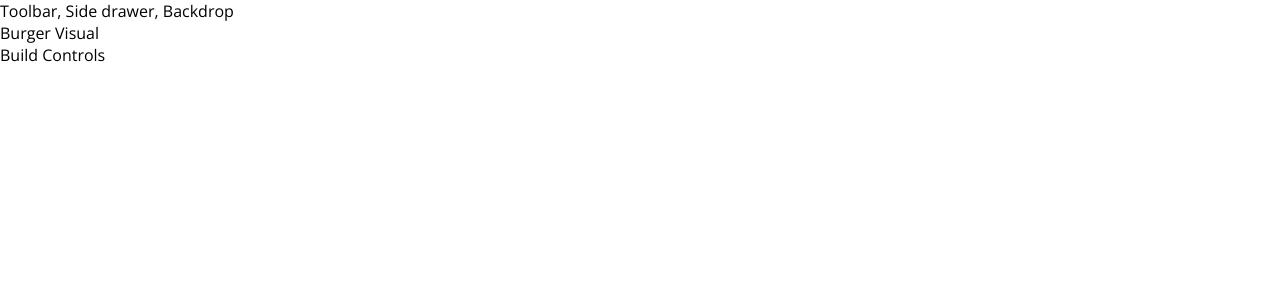
Repository: AidanHak/burger-builder
Page: /
These files come from the project's save history. The page is drawn as it stood at one moment and after the next save; the edit follows.
The browser window is 1280 px wide. The pictures show the whole page.
The project was rebuilt for these pictures with package versions that can differ from the ones it lists, and the page was loaded fresh each time. Also part of the build but not shown: src/components/Layout/Layout.css.

Above is the page before, as saved 2021-03-10 13:44:37.

### public/index.html
<!DOCTYPE html>
<html lang="en">
  <head>
    <meta charset="utf-8" />
    <link rel="icon" href="%PUBLIC_URL%/favicon.ico" />
    <meta name="viewport" content="width=device-width, initial-scale=1" />
    <meta name="theme-color" content="#000000" />
    <meta
      name="description"
      content="Web site created using create-react-app"
    />
    <link rel="apple-touch-icon" href="%PUBLIC_URL%/logo192.png" />
    <!--
      manifest.json provides metadata used when your web app is installed on a
      user's mobile device or desktop. See https://developers.google.com/web/fundamentals/web-app-manifest/
    -->
    <link rel="manifest" href="%PUBLIC_URL%/manifest.json" />
    <!--
      Notice the use of %PUBLIC_URL% in the tags above.
      It will be replaced with the URL of the `public` folder during the build.
      Only files inside the `public` folder can be referenced from the HTML.

      Unlike "/favicon.ico" or "favicon.ico", "%PUBLIC_URL%/favicon.ico" will
      work correctly both with client-side routing and a non-root public URL.
      Learn how to configure a non-root public URL by running `npm run build`.
    -->
	<link rel="preconnect" href="https://fonts.gstatic.com">
	<link href="https://fonts.googleapis.com/css2?family=Open+Sans:wght@400;700&display=swap" rel="stylesheet">
    <title>Burger Builder</title>
  </head>
  <body>
    <noscript>You need to enable JavaScript to run this app.</noscript>
    <div id="root"></div>
    <!--
      This HTML file is a template.
      If you open it directly in the browser, you will see an empty page.

      You can add webfonts, meta tags, or analytics to this file.
      The build step will place the bundled scripts into the <body> tag.

      To begin the development, run `npm start` or `yarn start`.
      To create a production bundle, use `npm run build` or `yarn build`.
    -->
  </body>
</html>

### src/index.css
body {
  margin: 0;
  font-family: "Open Sans", -apple-system, BlinkMacSystemFont, 'Segoe UI', 'Roboto', 'Oxygen',
    'Ubuntu', 'Cantarell', 'Fira Sans', 'Droid Sans', 'Helvetica Neue',
    sans-serif;
  -webkit-font-smoothing: antialiased;
  -moz-osx-font-smoothing: grayscale;
}

code {
  font-family: source-code-pro, Menlo, Monaco, Consolas, 'Courier New',
    monospace;
}

### src/App.js
import React, { Component } from 'react';
import Layout from './components/Layout/Layout';
import BurgerBuilder from './containers/BurgerBuilder/BurgerBuilder';

class App extends Component {
	render() {
		return (
			<div>
				<Layout>
					<BurgerBuilder />
				</Layout>
			</div>
		);
	}
}

export default App;

### src/components/Layout/Layout.js
import React from 'react';
import Auxilliary from '../../hoc/Auxilliary';
import classes from './Layout.css';

const layout = (props) => (
	<Auxilliary>
		<div>Toolbar, Side drawer, Backdrop</div>
		<main className={classes.Content}>
			{
				props.children
			}
		</main>
	</Auxilliary>
);

export default layout;

### src/containers/BurgerBuilder/BurgerBuilder.js
import React, { Component } from 'react';
import Auxilliary from '../../hoc/Auxilliary';

class BurgerBuilder extends Component {
	render() {
		return (
			<Auxilliary>
				<div>Burger Visual</div>
				<div>Build Controls</div>
			</Auxilliary>
		);
	}
}

export default BurgerBuilder;

### src/hoc/Auxilliary.js
const auxilliary = (props) => props.children;

export default auxilliary;

### src/components/Layout/Layout.module.css
.Content {
	margin-top:16px;
}

Loaded but not shown: src/index.js (common file); src/reportWebVitals.js (common file)

After the next save:
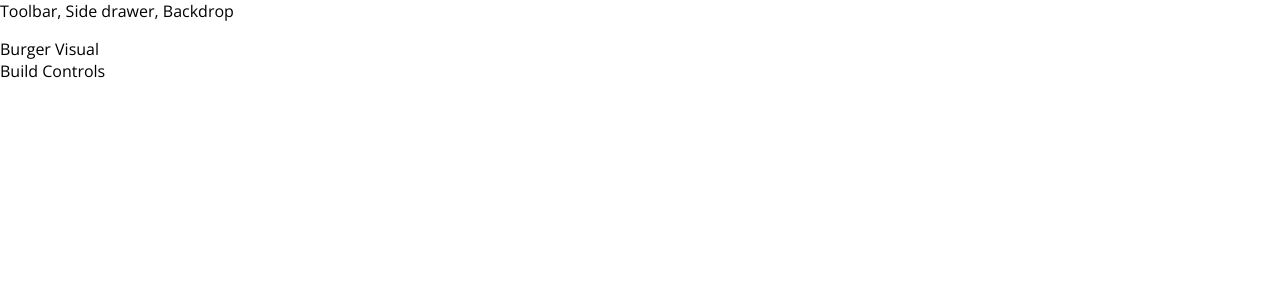
Saved 9 s later.
--- a/src/components/Layout/Layout.js
+++ b/src/components/Layout/Layout.js
@@ -1,6 +1,6 @@
 import React from 'react';
 import Auxilliary from '../../hoc/Auxilliary';
-import classes from './Layout.css';
+import classes from './Layout.module.css';
 
 const layout = (props) => (
 	<Auxilliary>
